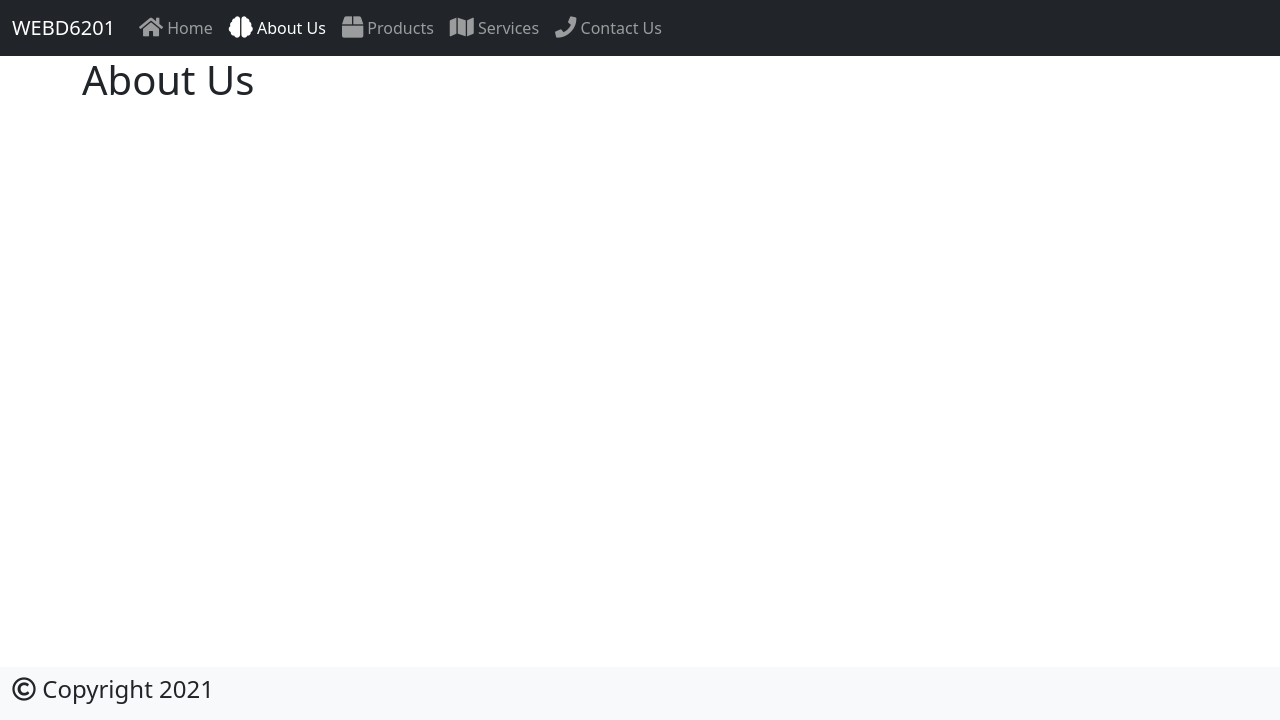
Repository: AshokSasi/WEBD6201-Week3
Page: contact-list.html
An editor plug-in stored every save of this project. The page is shown before and after the next save, followed by the edit.
The browser window is 1280 px wide. The pictures show the whole page.

Above is the page before, as saved 2021-01-28 10:26:00.

### contact-list.html
<!DOCTYPE html>
<html lang="en">
<head>
    <meta charset="UTF-8">
    <meta name="viewport" content="width=device-width, initial-scale=1.0">
    <title>Contact List</title>
    <!-- CSS Section-->
    <link rel="stylesheet" href="./Content/app.css">
    <link rel="stylesheet" href="./node_modules/bootstrap/dist/css/bootstrap.min.css">
    <link rel="stylesheet" href="./node_modules/@fortawesome/fontawesome-free/css/all.min.css">
</head>
<body>
  <!-- Main Header -->
    <header>
      <!--main navbar-->
        <nav class="navbar navbar-expand-lg navbar-dark bg-dark">
            <div class="container-fluid">
              <a class="navbar-brand" href="index.html">WEBD6201</a>
              <button class="navbar-toggler" type="button" data-bs-toggle="collapse" data-bs-target="#navbarSupportedContent" aria-controls="navbarSupportedContent" aria-expanded="false" aria-label="Toggle navigation">
                <span class="navbar-toggler-icon"></span>
              </button>
              <div class="collapse navbar-collapse" id="navbarSupportedContent">
                <ul class="navbar-nav me-auto mb-2 mb-lg-0">
                  <li class="nav-item">
                    <a class="nav-link" aria-current="page" href="index.html"><i class="fas fa-home fa-lg"></i> Home</a>
                  </li>
                  <li class="nav-item">
                    <a class="nav-link active" aria-current="page" href="about.html"><i class="fas fa-brain fa-lg"></i> About Us</a>
                  </li>
                  <li class="nav-item">
                    <a class="nav-link" aria-current="page" href="products.html"><i class="fas fa-box fa-lg"></i> Products</a>
                  </li>
                  <li class="nav-item">
                    <a class="nav-link" aria-current="page" href="services.html"><i class="fas fa-map fa-lg"></i> Services</a>
                  </li>
                  <li class="nav-item">
                    <a class="nav-link" aria-current="page" href="contact.html"><i class="fas fa-phone fa-lg"></i> Contact Us</a>
                  </li>
                </ul>

              </div>
            </div>
          </nav>
    </header>

    <!-- Main Content-->
    <main class="container">
        <h1>About Us</h1>


    </main>

    <!--Main Footer Nav -->
    <footer>
        <nav class="navbar fixed-bottom navbar-light bg-light">
            <div class="container-fluid">
              <h4><i class="far fa-copyright"></i> Copyright 2021</h4>
            </div>
          </nav>
    </footer>

    <!--Javascript section-->
    <script src="./Scripts/app.js"></script>
    <script src="./node_modules/jquery/dist/jquery.min.js"></script>
    <script src="./node_modules/bootstrap/dist/js/bootstrap.bundle.min.js"></script>
</body>
</html>

### Scripts/app.js

//IIFE Immediately Function Expression
//AKA - Anonymous Self- Executing Function
//Closure - Limits scop leak

"use strict";

let myContact =
{
  "fullName":"Tom Smith",
  "contactNumber":"5647891234",
  "emailAddress":"tom@example.com",
  "saysHello": function()
  {
    console.log(`${fullName} says Hello!`);
  },
  "someOtherObject":
  {
    "friendsList" : [
      "Peter Parker", "Tony Stark", "Stephen Strange"
    ]
  }
};

(function()
{
    function displayHome()
    {
        let paragraphOneText =
          "This is a simple site to demonstrate DOM manipulation for ICE 1";

        let paragraphOneElement = document.getElementById("paragraphOne");

        paragraphOneElement.textContent = paragraphOneText;
        paragraphOneElement.className = "fs-5";

        // Step 1: document.createElement
        let newParagraph = document.createElement("p");
        // Step 2: Configure the element
        newParagraph.setAttribute("id", "paragraphTwo");
        newParagraph.textContent = "... And this is paragraph two";
        // Step 3: Select the parent element
        let mainContent = document.getElementsByTagName("main")[0];
        // Step4: Add/Insert the element
        mainContent.appendChild(newParagraph);

        newParagraph.className = "fs-6";

        //another way of injecting content
        let paragraphDiv = document.createElement("div");
        let paragraphThree = `<p id="paragraphThree" class="fs-7 fw-bold">And this is the third paragraph</p>`;
        paragraphDiv.innerHTML = paragraphThree;

        //example of inserting before a node.
        //  newParagraph.before(paragraphDiv)

        //example of inserting after a node.
        newParagraph.after(paragraphDiv);

        //delete elements
        //paragraphOneElement.remove();

        //example of remove child
        mainContent.removeChild(paragraphOneElement);

        //update / modification
        // mainContent.firstElementChild.textContent = "Welcome Home";

        mainContent.innerHTML = `<h1 id="firstHeading">Welcome to WEBD6201 - ICE 1</h1>
     <p id="paragraphOne" class="fs-3 fw-bold">This is my first paragraph</p>
     `;

    }

    function displayAbout()
    {

    }

    function displayProducts()
    {

    }

    function displayServices()
    {

    }

    function displayContact()
    {
        let messageArea = document.getElementById("messageArea");
        messageArea.hidden = true;

        //form validation
        let fullName = document.getElementById("fullName");
        fullName.addEventListener("blur", function(){

            if(fullName.value.length <= 2)
            {
                fullName.focus();
                fullName.select();
                messageArea.hidden = false;
                messageArea.className = "alert alert-danger";
                messageArea.textContent = "Full Name must be greater than 2 characters"
            }
            else
            {
                messageArea.removeAttribute("class");
                messageArea.hidden = true;
            }

        });

        let sendButton = document.getElementById("sendButton");
        sendButton.addEventListener("click", function(event){
           //event.preventDefault();



          let contact = new Contact(fullName.value, contactNumber.value, emailAddress.value);

          if(contact.serialize() !== null)
          {
            localStorage.setItem((localStorage.length + 1).toString(), contact.serialize());
          }


        });
    }

    function Start()
    {
        console.log("App started ...");
        console.log(document.title);
        switch (document.title)
        {
          case "Home":
              displayHome();
            break;
          case "About":
              displayAbout();
            break;
          case "Products":
              displayProducts();
            break;
          case "Services":
              displayServices();
            break;
          case "Contact Us":
              displayContact();
            break;
        }


    }
    window.addEventListener("load", Start);
})();

Loaded but not shown: node_modules/bootstrap/dist/css/bootstrap.min.css (library); node_modules/@fortawesome/fontawesome-free/css/all.min.css (library); node_modules/jquery/dist/jquery.min.js (library); node_modules/bootstrap/dist/js/bootstrap.bundle.min.js (library); Content/app.css (no stored copy; drawn as an empty file)

After the next save:
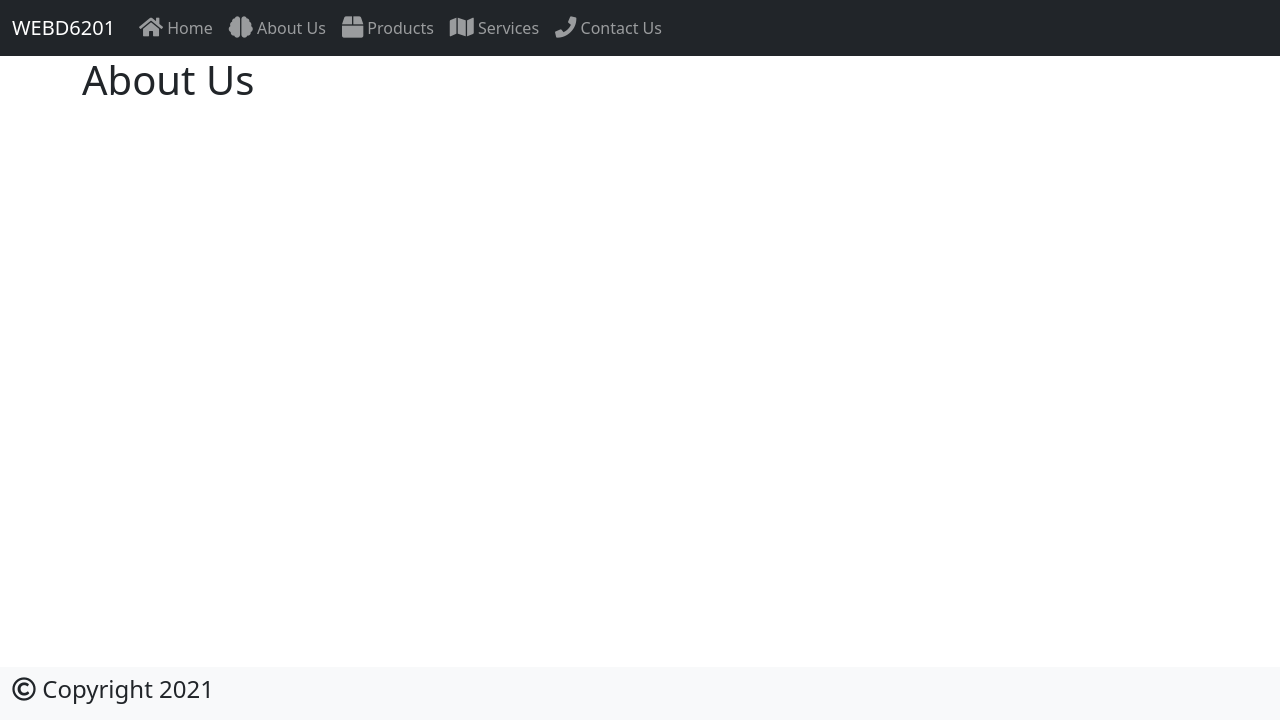
Saved 22 s later.
--- a/contact-list.html
+++ b/contact-list.html
@@ -25,7 +25,7 @@
                     <a class="nav-link" aria-current="page" href="index.html"><i class="fas fa-home fa-lg"></i> Home</a>
                   </li>
                   <li class="nav-item">
-                    <a class="nav-link active" aria-current="page" href="about.html"><i class="fas fa-brain fa-lg"></i> About Us</a>
+                    <a class="nav-link" aria-current="page" href="about.html"><i class="fas fa-brain fa-lg"></i> About Us</a>
                   </li>
                   <li class="nav-item">
                     <a class="nav-link" aria-current="page" href="products.html"><i class="fas fa-box fa-lg"></i> Products</a>
